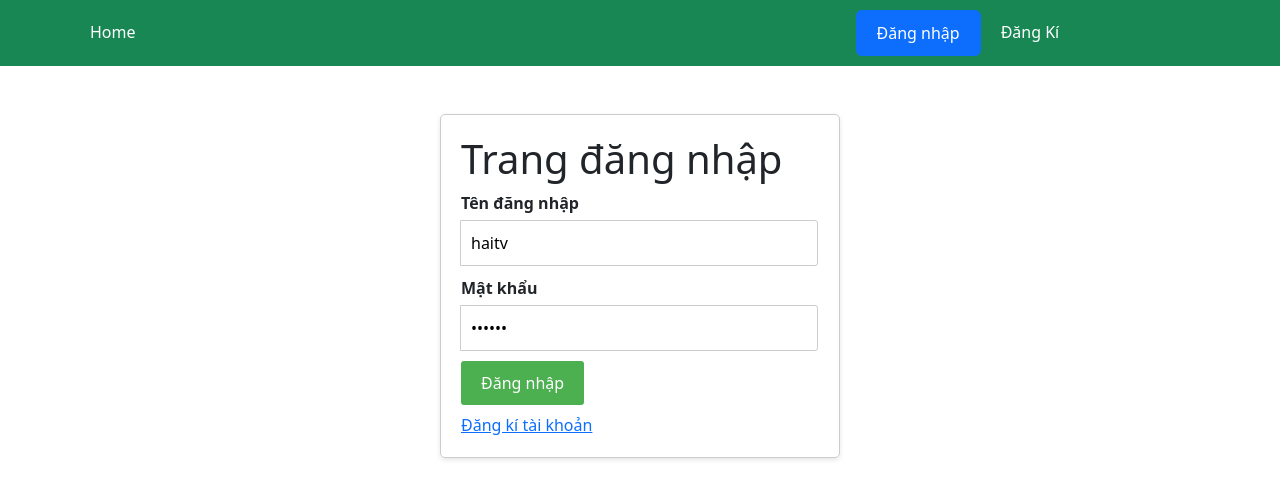
Repository: tung1999zxc/vue-project
Page: /login
An editor plug-in stored every save of this project. The page is shown before and after the next save, followed by the edit.
The browser window is 1280 px wide. The pictures show the whole page.
The project was rebuilt for these pictures with package versions that can differ from the ones it lists, and the page was loaded fresh each time. Also part of the build but not shown: vite.config.ts, src/components/test.vue, src/views/HomeView.vue, src/components/Regis.vue.

Above is the page before, as saved 2023-07-31 18:22:48.

### src/main.js


import { createApp } from 'vue'
import { createPinia } from 'pinia'

import App from './App.vue'
import router from './router/index'

import 'bootstrap/dist/css/bootstrap.css'

const app = createApp(App)
app.use(createPinia())
app.use(router)
app.mount('#app')

### src/App.vue
<template>
  <Menu/>
  <router-view></router-view>


</template>
<script setup lang="ts">
import axios from 'axios';
import { RouterLink, RouterView } from 'vue-router'
import Menu from './components/Menu.vue'


//import login from './components/login.vue'

// export default {
//   components: {
//     Menu,login2
//   },
// };

</script>

<style scoped>

</style>

### src/router/index.js
import { createRouter, createWebHistory } from 'vue-router'
import HomeView from '../views/HomeView.vue'
import Login from '../components/Login.vue'
import Regis from '../components/Regis.vue'

const router = createRouter({
  history: createWebHistory(import.meta.env.BASE_URL),
  routes : [
    {path: '/',component: HomeView,},
    {path: '/login',component:Login,},
    {path: '/Regis',component: Regis,},


  ]
})

export default router

### src/components/Menu.vue
<template>
    <div class="menu bg-success">
      <ul class="">
        <li><router-link to="/">Home</router-link></li>

        <li v-if="!isAuthenticated" class="ml-auto btn border-primary bg-primary" style="margin-left : 700px;">
         <router-link to="/Login">Đăng nhập</router-link>
         </li>
        <li v-else class="ml-auto btn border-primary bg-primary" style="margin-left : 700px;">
         <a @click="logoutUser">Đăng xuất</a>
         </li>

        <li><router-link to="/Regis">Đăng Kí</router-link></li>
      </ul>
    </div>
  </template>

  <script>
  import 'bootstrap/dist/css/bootstrap.css';
  import { mapGetters } from 'vuex';
  export default {
    computed: {
    ...mapGetters('auth', ['isAuthenticated']), // Sử dụng getter isAuthenticated từ Vuex module auth
  },
    data() {
        return {
        //    token: localStorage.getItem('token'),
           isAuthenticated: null,
        }
    },
    created() {
    this.isAuthenticated = this.checkAuthentication();
  },
    methods: {

        checkAuthentication() {
      // Kiểm tra xem mã thông báo JWT đã tồn tại trong localStorage hay không
      const token = localStorage.getItem('token');
      // Hoặc bạn có thể sử dụng Vuex nếu bạn đang lưu trữ mã thông báo JWT trong Vuex
      // const token = this.$store.state.token;

      // Nếu tồn tại mã thông báo JWT và không hết hạn, xác định rằng người dùng đã đăng nhập
      if (token) {
        // Phân tích mã thông báo JWT để xem liệu nó còn hợp lệ hay đã hết hạn
        // Nếu mã thông báo hợp lệ, người dùng đã đăng nhập
        return true;
      } else {
        // Nếu không tồn tại mã thông báo JWT hoặc mã thông báo đã hết hạn, người dùng chưa đăng nhập
        return false;
      }
    },
        logoutUser(){
      // Xóa mã thông báo JWT khỏi localStorage khi đăng xuất
      localStorage.removeItem('token');
      // Hoặc đặt lại giá trị isAuthenticated về false khi đăng xuất
      this.isAuthenticated = false;
      alert('đăng xuất thành  công');



    },
    },

  };
  </script>

  <style scoped>
  .menu {
    background-color: #f0f0f0;
  }

  ul {
    list-style: none;
    padding: 10px;
    margin: 0;
    margin-left: 60px;
    display: flex;
  }

  li {
    padding: 10px 20px;
  }

  a {
    text-decoration: none;
    color: white;
    font-weight: 500;
  }
  </style>

### src/components/login.vue
<template>
  <div  id="app" class="container mt-5 ">


      <!-- <div  class="row justify-content-center  ">
       <div class="col"> -->
          <h1>Trang đăng nhập</h1>
          <div class="input-group">
              <label for="username">Tên đăng nhập</label>
              <input v-model="username" type="text" id="username" placeholder="Tên đăng nhập">
          </div>
          <div class="input-group ">
              <label for="password">Mật khẩu</label>
              <input v-model="password" type="password" id="password" placeholder="Mật khẩu">
          </div>
          <button class="login-btn mb-2" @click="login">Đăng nhập</button>
          <div class="mx-auto"><router-link to="/Regis"><span class="text-primary">Đăng kí tài khoản</span></router-link></div>
       </div>

    <!-- </div>
   </div> -->
</template>


  <script>
  import axios from 'axios';
  import { mapGetters } from 'vuex';

  export default {
    computed: {
    ...mapGetters('auth', ['isAuthenticated']), // Sử dụng getter isAuthenticated từ Vuex module auth
  },
    data() {
      return {
        username: "haitv",
        password: "123456",

      };
    },

    methods: {
      login() {
        // Lấy thông tin đăng nhập từ data
        const username = this.username;
        const password = this.password;

        // Gửi yêu cầu đăng nhập đến server
        axios.post('https://api.tranhai.net/api/auth/login', {
          username: username,
          password: password
        })
        .then(response => {
          const data = response.data;
          localStorage.setItem('token', data.access_token);
          alert('Đăng nhập thành công');

          this.$router.push('/')

          // console.log(data)
          // this.token = data.access_token;
        })
        .catch(error => {
          // Xử lý lỗi đăng nhập
          console.error(error);
          alert('Đăng nhập thất bại!');
        });
      }
    },
  };
  </script>

  <style scoped>
  body {
    font-family: Arial, sans-serif;
  }

  .container {
    max-width: 400px;
    margin: 0 auto;
    padding: 20px;
    border: 1px solid #ccc;
    border-radius: 5px;
    box-shadow: 0 2px 5px rgba(0, 0, 0, 0.1);
  }

  .input-group {
    margin-right: 20px;
    margin-bottom: 10px;
  }

  .input-group label {
    display: block;
    font-weight: bold;
    margin-bottom: 5px;
  }

  .input-group input {
    width: 100%;
    padding: 10px;
    border: 1px solid #ccc;
    border-radius: 3px;
  }

  .login-btn {
    background-color: #4CAF50;
    color: #fff;
    padding: 10px 20px;
    border: none;
    border-radius: 3px;
    cursor: pointer;
  }

  </style>

Loaded but not shown: index.html (common file)

After the next save:
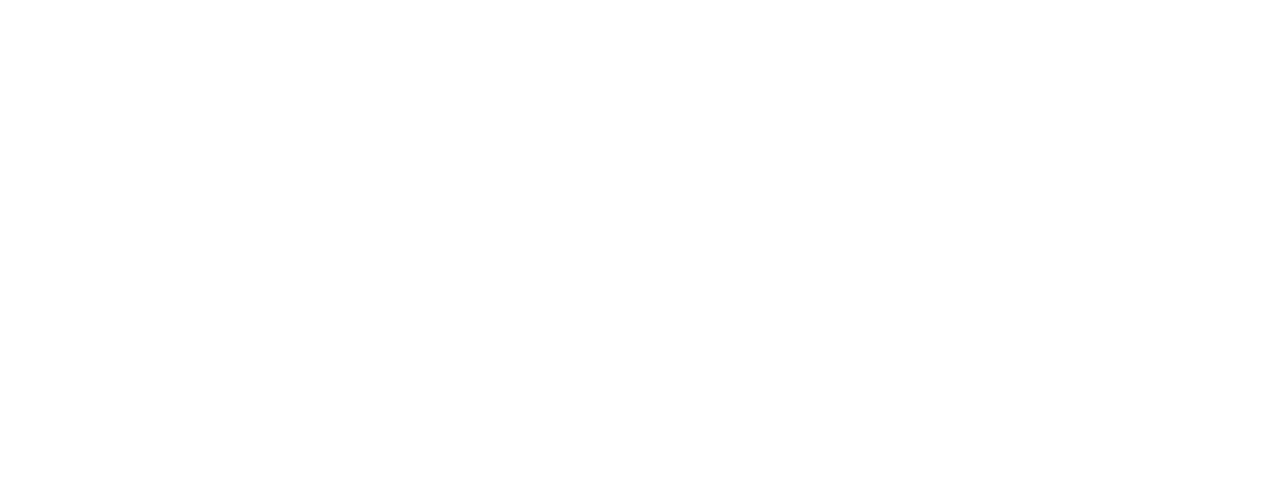
Console error: TypeError: Cannot read properties of undefined (reading '_modulesNamespaceMap')
Saved 11 s later.
--- a/src/components/Menu.vue
+++ b/src/components/Menu.vue
@@ -24,8 +24,7 @@
   },
     data() {
         return {
-        //    token: localStorage.getItem('token'),
-           isAuthenticated: null,
+
         }
     },
     created() {

After the 2 saves that followed:
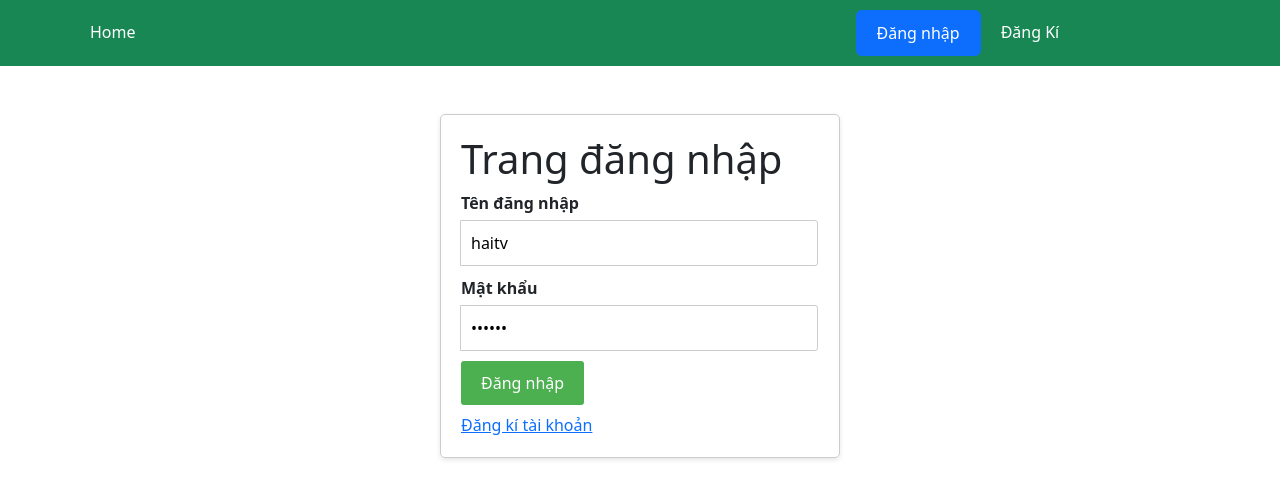
The error is gone.
The 2 saves are shown as one change because 1 left the picture as it was.
The last was saved 3 min 23 s later.
--- a/src/components/Menu.vue
+++ b/src/components/Menu.vue
@@ -24,7 +24,8 @@
   },
     data() {
         return {
-
+        //    token: localStorage.getItem('token'),
+           isAuthenticated: null,
         }
     },
     created() {
--- a/src/components/login.vue
+++ b/src/components/login.vue
@@ -24,12 +24,10 @@
 
   <script>
   import axios from 'axios';
-  import { mapGetters } from 'vuex';
+
 
   export default {
-    computed: {
-    ...mapGetters('auth', ['isAuthenticated']), // Sử dụng getter isAuthenticated từ Vuex module auth
-  },
+
     data() {
       return {
         username: "haitv",
